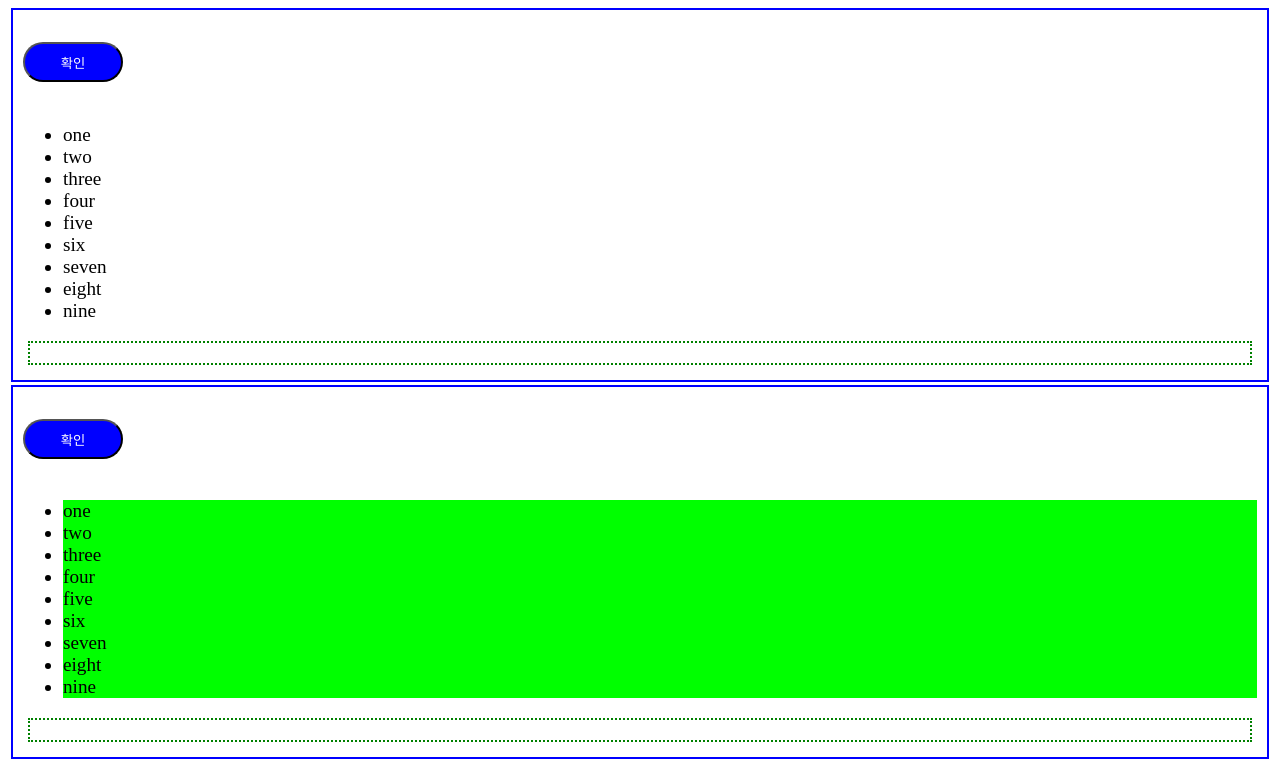
Repository: patternlobe-stack/MY_repository
Page: webpro/src/main/webapp/0915/기본필터.html
These files come from the project's save history. The page is drawn as it stood at one moment and after the next save; the edit follows.
The browser window is 1280 px wide. The pictures show the whole page.
After loading, the first visible `#btn2` was clicked once.

Above is the page before, as saved 2025-09-15 07:14:18.

After the next save:
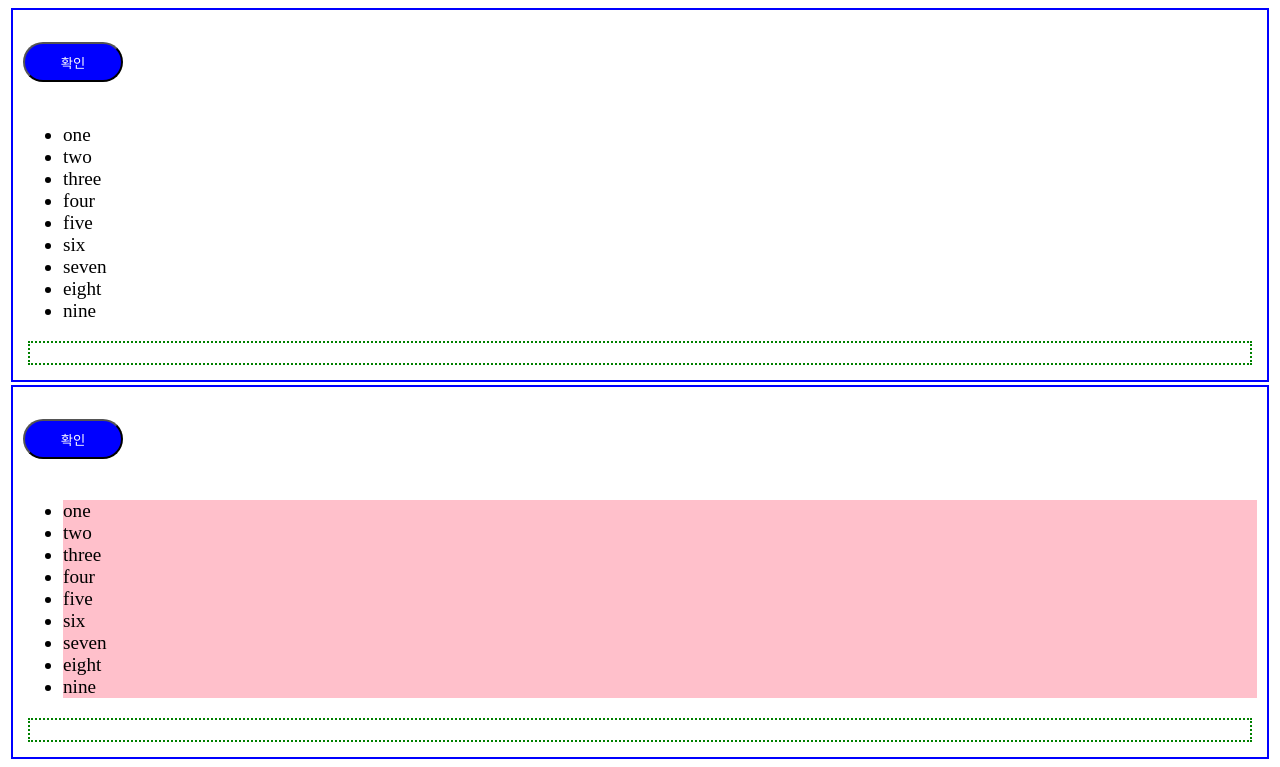
Saved 16 s later.
--- a/webpro/src/main/webapp/0915/기본필터.html
+++ b/webpro/src/main/webapp/0915/기본필터.html
@@ -33,9 +33,9 @@ $( () =>{
 		 $(' .box2 li').even().css('background','lime');
 		 $(' .box2 li').filter(':even').css('background','lime');
 
-		 $(' .box2 li:odd').css('background','lime');
-		 $(' .box2 li').odd().css('background','lime');
-		 $(' .box2 li').filter(':even').css('background','lime');
+		 $(' .box2 li:odd').css('background','pink');
+		 $(' .box2 li').odd().css('background','pink');
+		 $(' .box2 li').filter(':even').css('background','pink');
 
 	 })
 })
